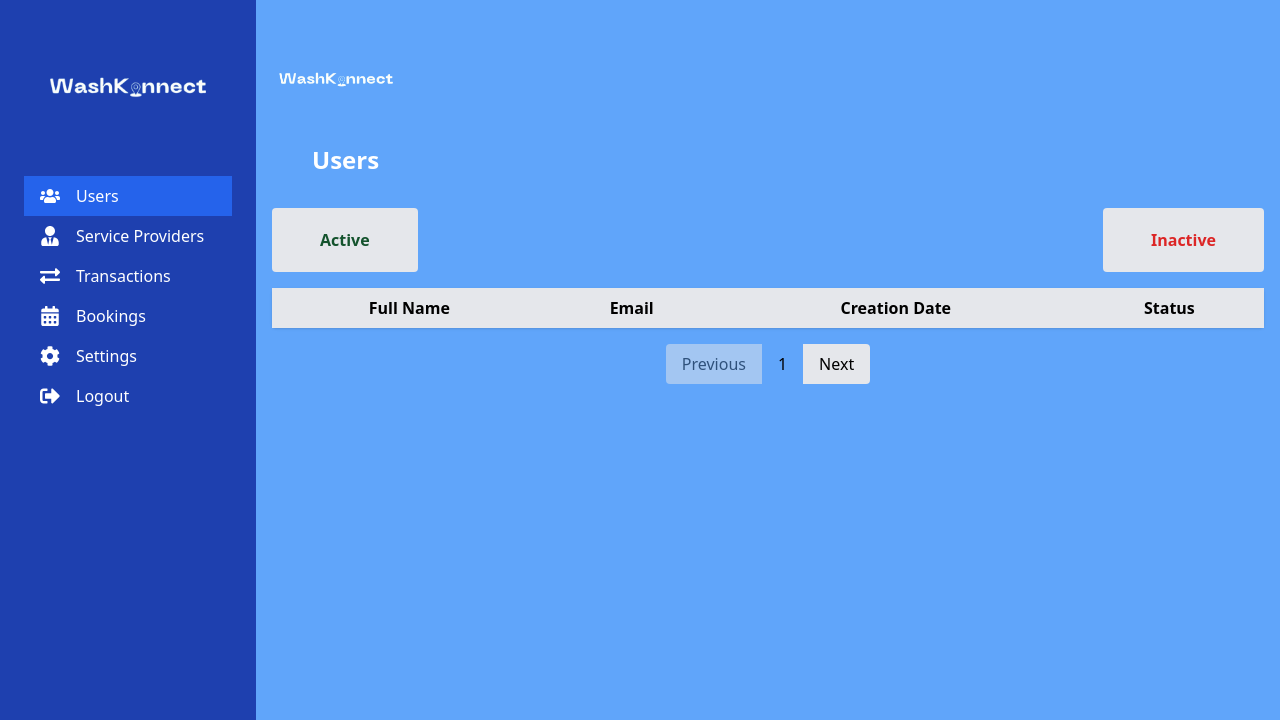
Repository: TEKVOLUTION-LTD/Admin-washKonnect
Page: /dashboard/users (app in Admin-WashKonnect/)
The author's editor kept a copy of each file at every save. The page is drawn from the files as they stood at one save, then again after the next save.
The browser window is 1280 px wide. The pictures show the whole page.
The page's requests for data from a server got no answer. The project was rebuilt for these pictures with package versions that can differ from the ones it lists, and the page was loaded fresh each time. No one was signed in, and anything a server would have sent is missing. Also part of the build but not shown: Admin-WashKonnect/vite.config.js, Admin-WashKonnect/src/pages/LoginPage.jsx, Admin-WashKonnect/src/pages/ServiceProviderPage.jsx, Admin-WashKonnect/src/pages/TransactionsPage.jsx, Admin-WashKonnect/src/pages/BookingsPage.jsx, Admin-WashKonnect/src/pages/SettingsPage.jsx, Admin-WashKonnect/src/pages/LogoutPage.jsx, Admin-WashKonnect/src/pages/ServiceProviderProfile.jsx and 1 more.

Above is the page before, as saved 2024-11-25 14:09:39.

### Admin-WashKonnect/src/App.jsx
import { BrowserRouter as Router, Route, Routes } from "react-router-dom";
import LoginPage from "./pages/LoginPage";
import Dashboard from "./pages/Dashboard";
import SignUpPage from "./pages/SignUpPage";

function App() {
  return (
    <Router>
      <Routes>
        <Route path="/" element={<LoginPage />} />
        <Route path="/dashboard/*" element={<Dashboard />} />
        <Route path='/signup/*' element={<SignUpPage />} />
      </Routes>
    </Router>
  );
}

export default App;

### Admin-WashKonnect/src/pages/Dashboard.jsx
import { Route, Routes } from "react-router-dom";
import Sidebar from "../components/Sidebar";
import UserPage from "../components/UsersPage";
import ServiceProviderPage from "./ServiceProviderPage";
import TransactionsPage from "./TransactionsPage";
import BookingsPage from "./BookingsPage";
import SettingsPage from "./SettingsPage";
import LogoutPage from "./LogoutPage";
import ServiceProviderProfile from "./ServiceProviderProfile";

const Dashboard = () => {
  return (
    <div className="flex h-screen ">
      <Sidebar />
      <div className="flex-1 bg-blue-400 p-4 overflow-auto ">
        <Routes>
          <Route path="users" element= {<UserPage />} />
          {/* <Route path="users" element= {<UserPage />} /> */}
          <Route path="service-providers" element={<ServiceProviderPage />} />
          <Route path="service-providerprofile" element={<ServiceProviderProfile />} />
          <Route path="transactions" element={<TransactionsPage />} />
          <Route path="bookings" element={<BookingsPage />} />
          <Route path="settings" element={<SettingsPage />} />
          <Route path="logout" element={<LogoutPage />} />
        </Routes>
      </div>
    </div>
  );
};

export default Dashboard;

### Admin-WashKonnect/src/api/api.js
import axios from "axios";

const API = axios.create({
  baseURL: "http://localhost:5000/api", // Change this to match your backend URL
});

export default API;

### Admin-WashKonnect/src/components/Sidebar.jsx
import { NavLink } from "react-router-dom";
import { FaUsers, FaUserTie, FaExchangeAlt, FaCalendarAlt, FaCog, FaSignOutAlt } from "react-icons/fa";
import WashkonnectLogo from '../assets/WashkonnectLogo.png'

const Sidebar = () => {
  const links = [
    { name: "Users", path: "users", icon: <FaUsers /> },
    { name: "Service Providers", path: "service-providers", icon: <FaUserTie /> },
    { name: "Transactions", path: "transactions", icon: <FaExchangeAlt /> },
    { name: "Bookings", path: "bookings", icon: <FaCalendarAlt /> },
    { name: "Settings", path: "settings", icon: <FaCog /> },
    { name: "Logout", path: "logout", icon: <FaSignOutAlt /> },
  ];

  return (
    <div className="w-64 bg-blue-800 text-white h-full  flex flex-col ">
      <div>
        <img src={WashkonnectLogo} className="h-[11rem] mx-10" alt="" />
      </div>
      <nav className="flex-1 mt-[rem] px-[1.5rem] ">
        {links.map((link) => (
          <NavLink
            key={link.name}
            to={`/dashboard/${link.path}`}
            className={({ isActive }) =>
              `block px-4 py-2 flex items-center space-x-4 hover:bg-blue-400 ${
                isActive ? "bg-blue-600" : ""
              }`
            }
          >
            <span className="text-xl">{link.icon}</span>
            <span>{link.name}</span>
          </NavLink>
        ))}
      </nav>
    </div>
  );
};

export default Sidebar;

### Admin-WashKonnect/src/components/UsersPage.jsx
import { useState, useEffect } from "react";
import API from "../api/api";
import Pagination from "./Pagination";
import WashkonnectLogo from '../assets/WashkonnectLogo.png'

const UserPage = () => {
  const [users, setUsers] = useState([]);
  const [filter, setFilter] = useState("active");
  const [currentPage, setCurrentPage] = useState(1);
  const usersPerPage = 10;

  useEffect(() => {
    const fetchUsers = async () => {
      try {
        const response = await API.get(`/users?status=${filter}`);
        setUsers(response.data);
      } catch (error) {
        console.error("Failed to fetch users", error);
      }
    };
    fetchUsers();
  }, [filter]);

  const startIndex = (currentPage - 1) * usersPerPage;
  const displayedUsers = users.slice(startIndex, startIndex + usersPerPage);

  return (
    <div className="">
        <div>
        <img src={WashkonnectLogo} className="h-[8rem] mx-0" alt="" />
      </div>
      <h1 className="font-bold text-2xl ml-10 text-white ">Users</h1>
      <div className="flex justify-between mb-4 mt-[2rem]">

        <button
          onClick={() => setFilter("active")}
          className={`px-[3rem] py-5 rounded ${
            filter === "active" ? "bg-gray-200 text-green-900 font-bold" : "bg-gray-200 "
          }`}
        >
          Active
        </button>
        <button
          onClick={() => setFilter("inactive")}
          className={`px-[3rem] py-2 rounded text-red-600 font-bold ${
            filter === "inactive" ? "bg-blue-600 text-white" : "bg-gray-200"
          }`}
        >
          Inactive
        </button>
      </div>
      <table className="w-full bg-white rounded shadow">
        <thead>
          <tr className="bg-gray-200">
            <th className="p-2">Full Name</th>
            <th className="p-2">Email</th>
            <th className="p-2">Creation Date</th>
            <th className="p-2">Status</th>
          </tr>
        </thead>
        <tbody>
          {displayedUsers.map((user) => (
            <tr key={user.id} className="text-center border-t">
              <td className="p-2">{user.fullname}</td>
              <td className="p-2">{user.email}</td>
              <td className="p-2">{user.creationDate}</td>
              <td className="p-2">{user.status}</td>
            </tr>
          ))}
        </tbody>
      </table>
      <Pagination
        totalItems={users.length}
        itemsPerPage={usersPerPage}
        currentPage={currentPage}
        onPageChange={(page) => setCurrentPage(page)}
      />
    </div>
  );
};

export default UserPage;

### Admin-WashKonnect/src/components/Pagination.jsx
const Pagination = ({ totalItems, itemsPerPage, currentPage, onPageChange }) => {
    const totalPages = Math.ceil(totalItems / itemsPerPage);

    return (
      <div className="flex justify-center mt-4">
        <button
          onClick={() => onPageChange(currentPage - 1)}
          disabled={currentPage === 1}
          className="px-4 py-2 bg-gray-200 rounded-l disabled:opacity-50"
        >
          Previous
        </button>
        <span className="px-4 py-2">{currentPage}</span>
        <button
          onClick={() => onPageChange(currentPage + 1)}
          disabled={currentPage === totalPages}
          className="px-4 py-2 bg-gray-200 rounded-r disabled:opacity-50"
        >
          Next
        </button>
      </div>
    );
  };

  export default Pagination;

Loaded but not shown: Admin-WashKonnect/index.html (common file); Admin-WashKonnect/src/main.jsx (common file); Admin-WashKonnect/src/index.css (common file); Admin-WashKonnect/tailwind.config.js (common file)

After the next save:
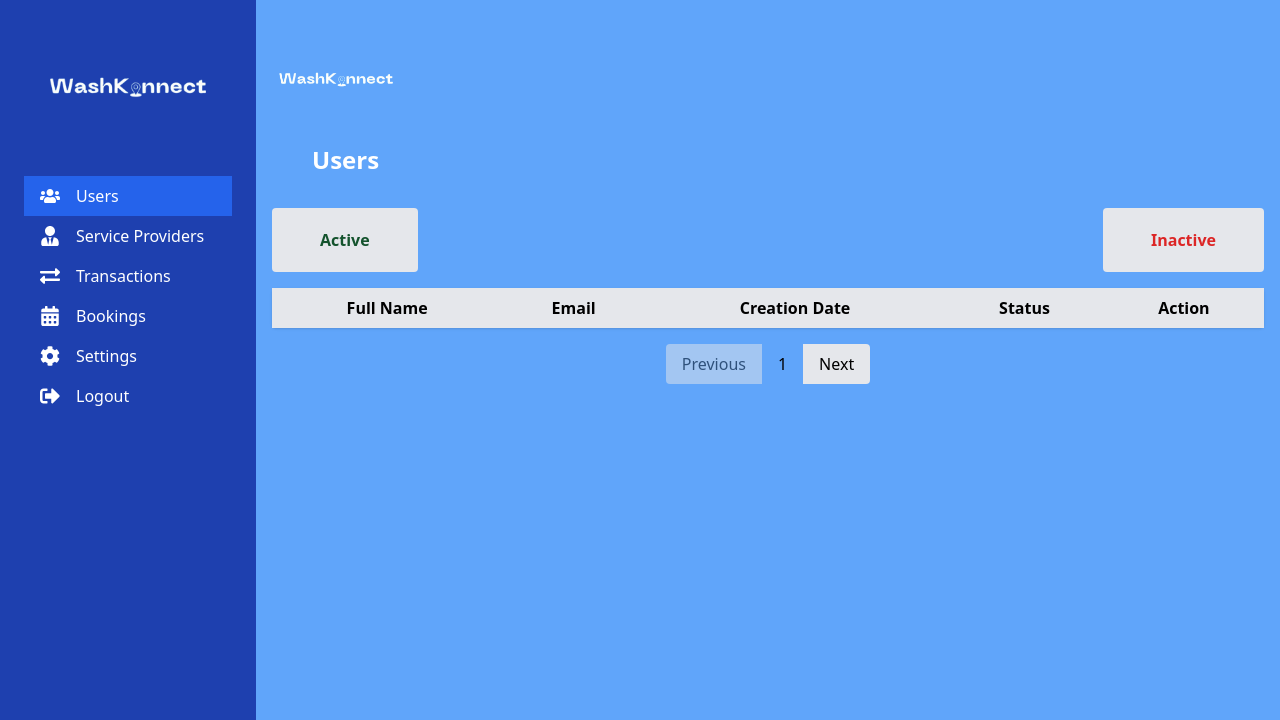
Saved 8 min 20 s later.
--- a/Admin-WashKonnect/src/components/UsersPage.jsx
+++ b/Admin-WashKonnect/src/components/UsersPage.jsx
@@ -1,7 +1,8 @@
 import { useState, useEffect } from "react";
+import { NavLink } from "react-router-dom"; // Import NavLink for navigation
 import API from "../api/api";
 import Pagination from "./Pagination";
-import WashkonnectLogo from '../assets/WashkonnectLogo.png'
+import WashkonnectLogo from "../assets/WashkonnectLogo.png";
 
 const UserPage = () => {
   const [users, setUsers] = useState([]);
@@ -26,16 +27,15 @@ const UserPage = () => {
 
   return (
     <div className="">
-        <div>
-        <img src={WashkonnectLogo} className="h-[8rem] mx-0" alt="" />
+      <div>
+        <img src={WashkonnectLogo} className="h-[8rem] mx-0" alt="WashKonnect Logo" />
       </div>
-      <h1 className="font-bold text-2xl ml-10 text-white ">Users</h1>
+      <h1 className="font-bold text-2xl ml-10 text-white">Users</h1>
       <div className="flex justify-between mb-4 mt-[2rem]">
-
         <button
           onClick={() => setFilter("active")}
           className={`px-[3rem] py-5 rounded ${
-            filter === "active" ? "bg-gray-200 text-green-900 font-bold" : "bg-gray-200 "
+            filter === "active" ? "bg-gray-200 text-green-900 font-bold" : "bg-gray-200"
           }`}
         >
           Active
@@ -56,6 +56,7 @@ const UserPage = () => {
             <th className="p-2">Email</th>
             <th className="p-2">Creation Date</th>
             <th className="p-2">Status</th>
+            <th className="p-2">Action</th> {/* Add Action column */}
           </tr>
         </thead>
         <tbody>
@@ -65,6 +66,12 @@ const UserPage = () => {
               <td className="p-2">{user.email}</td>
               <td className="p-2">{user.creationDate}</td>
               <td className="p-2">{user.status}</td>
+              <td className="p-2">
+                {/* Eye Icon with NavLink */}
+                <NavLink to={`/dashboard/users/${user.id}`}>
+                  <i className="fas fa-eye cursor-pointer text-blue-600"></i>
+                </NavLink>
+              </td>
             </tr>
           ))}
         </tbody>
